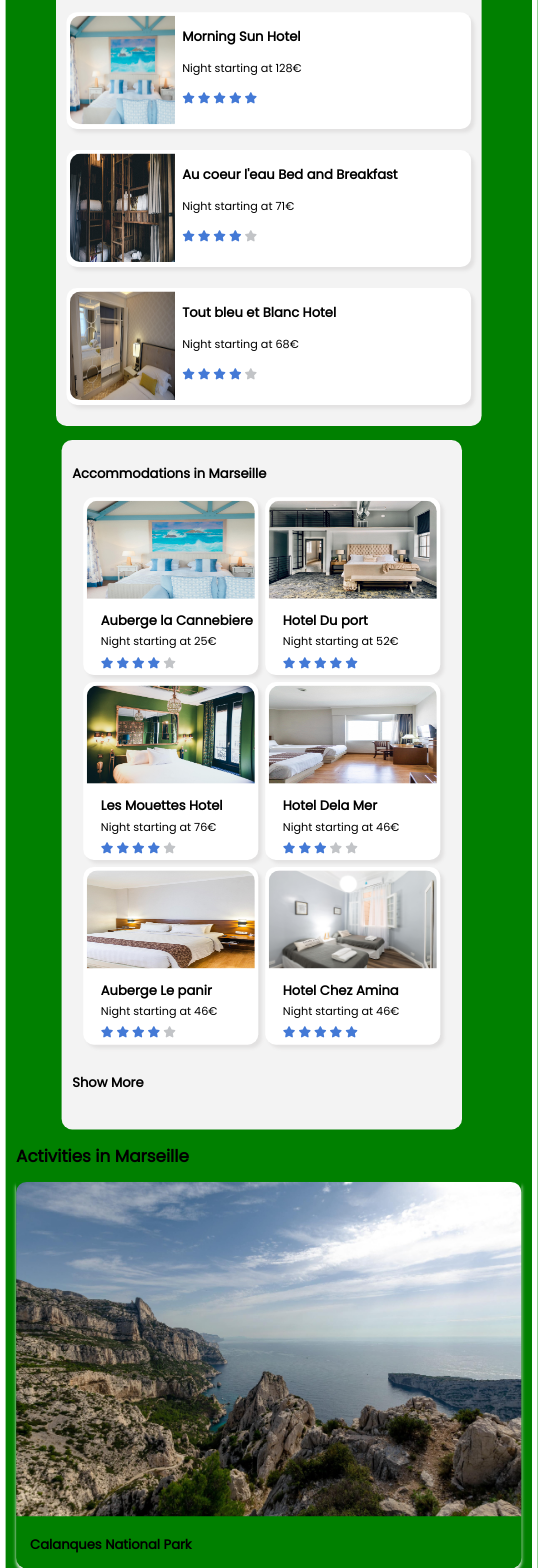
Repository: ailahin/booki
Page: index.html
An editor plug-in stored every save of this project. The page is shown before and after the next save, followed by the edit.
The browser window is 768 px wide. The pictures show the part of the page from y = 739 to 2979 px (the page is 6181 px tall), at 70% of full size.
Some web fonts or font styles are not loaded; a fallback is used. Some web libraries are served in a nearby version.

Above is the page before, as saved 2023-07-19 03:58:39.

### index.html
<!DOCTYPE html>
<html lang="en">
<head>
    <meta charset="UTF-8">
    <meta http-equiv="X-UA-Compatible" content="IE=edge">
    <meta name="viewport" content="width=device-width, initial-scale=1.0">
    <title>Booki</title>
    <link rel="stylesheet" href="css/index.css">
    <link rel="stylesheet" href="https://fonts.googleapis.com/css?family=Poppins|Sofia|Trirong">

    <!-- Google fronts -->
    <link rel="preconnect" href="https://fonts.googleapis.com">
    <link rel="preconnect" href="https://fonts.gstatic.com" crossorigin>
    <link href="https://fonts.googleapis.com/css2?family=Poppins&display=swap" rel="stylesheet">

    <script src="https://kit.fontawesome.com/a5dfdf2455.js" crossorigin="anonymous"></script>

</head>
<body>
    <header class="body">
        <nav>
            <div class="navbar">
                <div class="booki">
                    <img src="images/logo/Booki.png" alt="">
                </div>

                <div class="nav-flex">
                    <div id="nav-accommodation-text">
                        <a href="">Accommodations</a>
                     </div>
                     <div id="nav-activities-text" class="activities">
                         <a href=""> Activities</a>
                     </div>
               </div>
            </div>
        </nav>
    </header>

   <main class="body">
    <section>
        <div>
            <h3 class="dream-vacation">Find  a place for your dream vacation</h3>
        <p class="downtown"> Downtown or in nature</p>
        </div>

        <div class="search-bar">
            <div class="search-icon"> <i class="fa-solid fa-location-dot"></i> </div>
            <div class="search-place">
                <div class="placeholder">
                <input type="search" name="marseille, France" placeholder="Marseille, France" id="marseille">
            </div>
        </div>
            <div class="search-btn">Search</div>
        </div>

        <div>
            <div class="filters-bar">


                <div class="filters">
                    <div class="filters-text">
                        <H4>Filters</H4>
                    </div>
                    <div class="cost">
                        <div class="filters-icon"> <i class="fa-solid fa-money-bill-wave" style="color: #192fd7;"></i></div>
                        <div class="icon">Low cost</div>
                    </div>

                       <div class="cost">
                        <div class="filters-icon"> <i class="fa-solid fa-person" style="color: #192fd7;"></i></div>
                        <div class="icon">Family Friendly</div>
                       </div>

                       <div class="cost">
                        <div class="filters-icon"> <i class="fa-solid fa-heart" style="color: #192fd7;"></i></div>
                        <div class="icon">Romantic</div>
                       </div>

                       <div class="cost">
                        <div class="filters-icon"> <i class="fa-solid fa-dog" style="color: #192fd7;"></i></div>
                        <div class="icon">Pets Allowed</div>
                       </div>


                </div>
            </div>

           <div>
            <div class="info">
                <div >
                    <i class="fa-solid fa-info" style="color: #192fd7;"></i>
                </div>

                <div>
                    <p> More then 500 accommodations are available in this city</p>
                </div>
            </div>
           </div>
        </div>


    </section>
    <section class="accomodations-details">

        <section class="all-accomodations" >

            <div>
                <h3>Accommodations in Marseille</h3>
            </div>

            <div class="all-accomodations-details">

                <div class="details-container">
                    <div>
                        <img src="images/hebergements/2_large/annie-spratt-Eg1qcIitAuA-unsplash.jpg" alt="">

                    </div>
                    <div class="details-text">
                        <h3>
                            Auberge la Cannebiere
                        </h3>
                        <div>
                            <p>
                                Night starting at 25€
                            </p>
                        </div>
                        <div>
                            <i class="fa-solid fa-star" style="color: #4379d6;"></i>
                            <i class="fa-solid fa-star" style="color: #4379d6;"></i>
                            <i class="fa-solid fa-star" style="color: #4379d6;"></i>
                            <i class="fa-solid fa-star" style="color: #4379d6;"></i>
                            <i class="fa-solid fa-star" style="color: #c2c4c7;"></i>
                        </div>
                    </div>
                </div>

                <div class="details-container">
                    <div><img src="images/hebergements/2_large/aw-creative-VGs8z60yT2c-unsplash.jpg" alt=""></div>
                    <div class="details-text">
                        <h3>Hotel Du port </h3>

                        <div>
                            <p>   Night starting at 52€ </p>
                        </div>
                        <div>
                            <i class="fa-solid fa-star" style="color: #4379d6;"></i>
                            <i class="fa-solid fa-star" style="color: #4379d6;"></i>
                            <i class="fa-solid fa-star" style="color: #4379d6;"></i>
                            <i class="fa-solid fa-star" style="color: #4379d6;"></i>
                            <i class="fa-solid fa-star" style="color: #4379d6;"></i>

                        </div>
                    </div>
                </div>
                <div class="details-container">
                    <div><img src="images/hebergements/2_large/emile-guillemot-Bj_rcSC5XfE-unsplash.jpg" alt=""></div>
                    <div class="details-text">
                        <h3> Les Mouettes Hotel</h3>

                        <div>
                            <p>
                                Night starting at 76€
                            </p>
                            <div>
                                <i class="fa-solid fa-star" style="color: #4379d6;"></i>
                                <i class="fa-solid fa-star" style="color: #4379d6;"></i>
                                <i class="fa-solid fa-star" style="color: #4379d6;"></i>
                                <i class="fa-solid fa-star" style="color: #4379d6;"></i>
                                <i class="fa-solid fa-star" style="color: #c2c4c7;"></i>
                            </div>
                        </div>
                    </div>
                </div>
                <div class="details-container">
                    <div><img src="images/hebergements/2_large/febrian-zakaria-M6S1WvfW68A-unsplash.jpg" alt=""></div>

                    <div class="details-text">
                        <h3>
                                Hotel Dela Mer
                        </h3>
                        <div>
                            <p> Night starting at 46€</p>
                        </div>
                        <div>
                            <i class="fa-solid fa-star" style="color: #4379d6;"></i>
                            <i class="fa-solid fa-star" style="color: #4379d6;"></i>
                            <i class="fa-solid fa-star" style="color: #4379d6;"></i>

                            <i class="fa-solid fa-star" style="color: #c2c4c7;"></i>
                            <i class="fa-solid fa-star" style="color: #c2c4c7;"></i>
                        </div>
                    </div>
                </div>
                <div class="details-container">
                    <div><img src="images/hebergements/2_large/febrian-zakaria-sjvU0THccQA-unsplash.jpg" alt=""></div>

                    <div class="details-text">
                        <h3>Auberge Le panir</h3>
                    </div>
                    <div class="details-text">
                        <p > Night starting at 46€ </p>
                    </div>
                    <div class="details-text">
                        <i class="fa-solid fa-star" style="color: #4379d6;"></i>
                        <i class="fa-solid fa-star" style="color: #4379d6;"></i>
                        <i class="fa-solid fa-star" style="color: #4379d6;"></i>
                        <i class="fa-solid fa-star" style="color: #4379d6;"></i>

                        <i class="fa-solid fa-star" style="color: #c2c4c7;"></i>

                    </div>


                </div>
                <div class="details-container">
                    <div><img src="images/hebergements/2_large/fred-kleber-gTbaxaVLvsg-unsplash.jpg" alt=""></div>

                    <div class="details-text">
                        <h3>Hotel Chez Amina</h3>
                        <div>
                            <p>Night starting at 46€</p>
                        </div>
                        <div>
                            <i class="fa-solid fa-star" style="color: #4379d6;"></i>
                            <i class="fa-solid fa-star" style="color: #4379d6;"></i>
                            <i class="fa-solid fa-star" style="color: #4379d6;"></i>
                            <i class="fa-solid fa-star" style="color: #4379d6;"></i>
                            <i class="fa-solid fa-star" style="color: #4379d6;"></i>

                        </div>
                    </div>


                </div>


            </div>

            <div class="show-more">
                <h3>Show More</h3>
            </div>

        </section>

        <section class="most-popular">

            <div class="most-popular-icon">
                <h3>
                    Most Popular
                </h3>
                <p>
                    <i class="fa-solid fa-star" style="color: #5d5e60" > </i>
                </p>


            </div>

            <div class="most-popular-details">
                <div class="popular-details-container">
                    <div>
                        <img src="images/hebergements/2_large/annie-spratt-Eg1qcIitAuA-unsplash.jpg" alt="">
                    </div>
                    <div class="popular-details-text">
                        <h3>Morning Sun Hotel</h3>
                        <p>Night starting at 128€</p>
                        <div>
                            <div>
                                <i class="fa-solid fa-star" style="color: #4379d6;"></i>
                                <i class="fa-solid fa-star" style="color: #4379d6;"></i>
                                <i class="fa-solid fa-star" style="color: #4379d6;"></i>
                                <i class="fa-solid fa-star" style="color: #4379d6;"></i>
                                <i class="fa-solid fa-star" style="color: #4379d6;"></i>

                            </div>
                        </div>
                    </div>
                </div>
                <div class="popular-details-container" >
                    <div>
                        <img src="images/hebergements/2_large/nicate-lee-kT-ZyaiwBe0-unsplash.jpg" alt="">
                    </div>
                    <div class="popular-details-text">
                        <h3>Au coeur l'eau Bed and Breakfast</h3>
                        <p>Night starting at 71€</p>
                        <div>
                            <i class="fa-solid fa-star" style="color: #4379d6;"></i>
                            <i class="fa-solid fa-star" style="color: #4379d6;"></i>
                            <i class="fa-solid fa-star" style="color: #4379d6;"></i>
                            <i class="fa-solid fa-star" style="color: #4379d6;"></i>
                            <i class="fa-solid fa-star" style="color: #c2c4c7;"></i>

                        </div>
                    </div>
                </div>
                <div class="popular-details-container">
                    <div>
                        <img src="images/hebergements/2_large/reisetopia-B8WIgxA_PFU-unsplash.jpg" alt="">
                    </div>
                    <div class="popular-details-text">
                        <h3>Tout bleu et Blanc Hotel</h3>
                        <p>Night starting at 68€</p>
                        <div>
                            <i class="fa-solid fa-star" style="color: #4379d6;"></i>
                            <i class="fa-solid fa-star" style="color: #4379d6;"></i>
                            <i class="fa-solid fa-star" style="color: #4379d6;"></i>
                            <i class="fa-solid fa-star" style="color: #4379d6;"></i>
                            <i class="fa-solid fa-star" style="color: #c2c4c7;"></i>

                        </div>
                    </div>
                </div>

            </div>



        </section>

    </section>

    <section>
        <div>
            <h1> Activities in Marseille</h1>
        </div>
        <div>
            <div class="activites-images">
                <div class="activites-container" id="one">
                  <div>
                    <img src="images/activites/2_large/reno-laithienne-QUgJhdY5Fyk-unsplash.jpg " alt="">
                  </div>

                  <div class="text-container">
                    <h3>Old Port</h3>
                </div>
                </div>
                <div class="activites-container" id="two">
                    <div>
                        <img src="images/activites/2_large/florian-wehde-xW9e8gdotxI-unsplash.jpg" alt="">
                    </div>
                    <div class="text-container">
                        <h3>Notre-Dame-de-la-Grade</h3>
                    </div>
                </div>
                <div  class="activites-container" id="three">
                    <div>
                        <img src="images/activites/2_large/lena-paulin-wH2-EJoDcV0-unsplash.jpg" alt="">
                    </div>
                    <div class="text-container">
                        <h3>Longchamp Park </h3>
                    </div>
                 </div>
                <div class="activites-container" id="four">
                    <div>
                        <img src="images/activites/2_large/paul-hermann-QFTrLdQIRhI-unsplash.jpg" alt="">
                    </div>

                    <div class="text-container">
                        <h3>Pomegués Fort</h3>
                    </div>
                </div>
                <div class="activites-container" id="five">
                   <div>
                    <img src="images/activites/2_large/kevin-hikari-rV_Qd1l-VXg-unsplash.jpg " alt="">
                   </div>
                   <div class="text-container">
                    <h3> Frioul Island </h3>
                   </div>
                </div>
                <div class="activites-container" id="six">
                    <div>
                        <img src="images/activites/2_large/kilyan-sockalingum-NR8-cBCN3aI-unsplash.jpg" alt="">
                    </div>

                    <div class="text-container">
                        <h3>Calanques National Park</h3>
                    </div>
                </div>
            </div>
        </div>
    </section>
   </main>

    <footer class="footer-main">
        <section>
            <div class="footer">
                <div class="about">
                    <h3> About</h3>
                    <p> Site Map</p>
                    <p>General Terms and Conditions  </p>
                    <p>Data and Privacy </p>


                </div>
                <div class="accommodations">
                    <h3> Our Accommodations</h3>
                    <p>Quality Assistant</p>
                    <p>You have a hotel ?</p>

                </div>

                <div class="assistance">
                        <h3>
                            Assistance
                        </h3>

                        <p>Help Desk</p>
                        <p>Contact Us</p>
                </div>
            </div>
        </section>

    </footer>

</body>
</html>

### css/index.css
.body{
    font-family: "poppins", sans-serif;
    padding-left: 15px;
    padding-right: 15px;
}
.navbar{
    display: flex;
    flex-direction: row;
    justify-content:space-between;
    align-items: center;
}

.nav-flex{
    display:flex;
    padding-left: 20px;
    padding-right: 20px;
    justify-content:space-around;
}
.nav-flex a{
    text-decoration: none;
}
.nav-flex a:hover{
    border-top: 2px solid blue;
    color: blue;
    padding-top: 30px;


}
.dream-vacation{

}
.downtown{
    color: rgb(80, 79, 79);

}
.activities{
    margin-left: 100px;
}

.search-bar{
    display:flex;
    align-items: center;


}
.search-icon{
    display: flex;
    background-color: rgb(232, 233, 234);
    height:38px;
    width: 38px;
    align-items: center;
    justify-content: center;
    border-radius: 10px 0 0 10px;

}
.placeholder input{
   height: 38px;
   border-left: 0px;
   border-right: 0px;
   border: 1px solid rgb(220, 218, 218);
   padding: 10px;
}
.placeholder{


}

 .search-place{


 }



.search-btn{
    background-color: rgb(58, 92, 227);
    color:white;
    height: 22px;
    padding:8px;
    border-radius: 0  10px 10px 0;
}
.filters-bar{
    margin-top: 20px;

}

.cost{
    display: flex;
    border: 1px solid;
    border-left: 0px;
   border-color: rgb(220, 215, 215);
   height: 40px;
   width: 190px;
   align-items: center;
   gap: 20px;
   border-radius: 20px;
}
.filters-icon{
    display: flex;
    background-color: rgb(171, 217, 233);
    height:42px ;
    width: 42px;
    align-items: center;
    border-radius: 100%;
    justify-content: center;
}
.filters{
    display: flex;
    gap: 20px;
}
.filters-text{
   display: flex;
   height: 38px;
   align-items: center;
}

.fa-info{
    display: flex;
    border: 1px rgb(193, 200, 207) solid;
    border-radius: 100%;
    width: 20px;
    height: 20px;
    align-items: center;
    justify-content: center;
}
.info{
    display: flex;
    align-items: center;
    text-align: center;
    gap:5px;
    margin-top: 30px;
}
.info p{
    color: rgb(133, 135, 137);
}

.accomodations-details{
    display: flex;

}
.all-accomodations{
    width: 66%;
    background-color:rgb(243, 243, 243);
    padding: 15px;
    margin-top: 20px;
    margin-right: 20px;
    border-radius: 15px;
}

.show-more{
    padding-top: 20px;
    padding-bottom: 20px;
}
.most-popular{
    width: 34%;
    background-color:rgb(243, 243, 243);
    padding:15px;
    margin-top: 20px;
    border-radius: 15px;
    padding-bottom: 30px;

}
.most-popular-icon{
    display: flex;
    justify-content: space-between;

}
.all-accomodations-details img{
    width: 240px;
    height: 140px;
    border-top-left-radius: 15px;
    border-top-right-radius: 15px;

}
.all-accomodations-details{
   display: grid;
   grid-template-columns: repeat(3, 1fr);
   gap: 10px;

}

.details-container{
    background-color:white;
    padding: 5px;
    border-radius: 15px;
    box-shadow: 5px 5px 5px 0px rgb(226, 225, 225);


}

.details-text {
margin-left: 20px;
line-height: .3cm;
margin-bottom: 5px;


}
.most-popular-details{
    display: grid;
    grid-template-rows: repeat(3, 1fr);
    gap:30px;


}
.popular-details-container img{
    width:150px;
    height: 155px;
    border-top-left-radius: 15px;
    border-bottom-left-radius: 15px;
    margin-top: 2px;
    margin-left: 2px;

}
.popular-details-container{
    display: flex;
    background-color:white;
    padding-top: 3px;
    padding-left: 3px;
    border-radius: 15px;
    box-shadow: 5px 5px 5px 0px rgb(226, 225, 225);
}
.popular-details-text{
    margin-left: 10px;
    line-height: .7cm;

}

.activites-images img{
    width: 100%;
    border-top-left-radius: 15px;
    border-top-right-radius: 15px;



  }

  .activites-images {
    display: grid;
    grid-template-columns: repeat(4, 1fr);
    gap: 30px;
    margin-bottom: 80px;

  }

  .activites-container{
    box-shadow: 0px 5px 5px 0px rgb(239, 238, 238);
    border-bottom-left-radius: 15px;
    border-bottom-right-radius: 15px;
  }


#one{
    grid-row: 1/3;
    grid-row: 1 / 3;

}

#one img{

    height: 472px;

}

.text-container{

    margin-left: 20px;

}

#two{

}
#three{
    grid-column: 2/3;
    grid-row:2/3 ;
}
#three img{
   height: 183px;

}
#four {
    grid-row: 1/3;
    border-top-right-radius: 15px;
}

#four img {

    height: 475px;
}

#five{
    grid-column: 4/5;
    grid-row:1/2 ;
}
#six{
    grid-column: 4/5;
    grid-row:2/3 ;
}

.footer{
    display: flex;
    justify-content: space-between;
    background-color:rgb(243, 243, 243);
    font-family: "poppins", sans-serif;
    margin-right: 200px;
}
.footer p{
    color: rgb(146, 145, 145);
}
.footer-main{
    background-color:rgb(243, 243, 243);
    padding: 15px;

}



 @media only screen and (max-width: 400px){
    .nav-flex{

    }
    .nav-flex a:hover{
        border-bottom: 2px solid blue;
        color: blue;
        padding-top: 1px;
        border-top: 2px white solid;
    }


    }








/* Extra small devices (phones, 600px and down) */
@media only screen and (max-width: 768px) {
    .navbar{
       display: flex;
       flex-wrap: wrap;
       justify-content: center;
       align-items: center;
       margin-bottom: 30px;


    };

    .nav-flex{

    }

    .filters {
        width: 100%;
        display:flex;
        flex-direction: column;
        flex-wrap:wrap;

    }
    .accomodations-details{
        display: flex;
        flex-direction:column-reverse;
        flex-wrap: wrap;
    }
    .all-accomodations{
        width: 100%;
        align-items: center;
        justify-content: center;

    }
    .all-accomodations-details{
        display: flex;
        flex-direction: row;
        flex-wrap: wrap;
        align-items: center;
        justify-content: center;

    }

    .most-popular{
        width: 100%;

    }


    .most-popular-details img{
        width:150px;
        height: 155px;
        border-top-left-radius: 15px;
        border-bottom-left-radius: 15px;
        margin-top: 2px;
        margin-left: 2px;

    }


.footer{
    display: flex;
    flex-direction: column;
}

.activites-images {
   display: flex;
   flex-direction: column-reverse;


}

  }



  /* Small devices (portrait tablets and large phones, 600px and up) */
  @media only screen and (min-width: 768px) and ( max-width: 992px) {
    .body {background: green;}

    .accomodations-details{
        display: flex;
        flex-direction:column-reverse;
        flex-wrap: wrap;
        align-items: center;
        justify-content: center;
    }
    .all-accomodations{
        width: 75%;
        align-items: center;
        justify-content: center;

    }

    .most-popular{
        width: 80%;

    }


    .most-popular-details img{
        width:150px;
        height: 155px;
        border-top-left-radius: 15px;
        border-bottom-left-radius: 15px;
        margin-top: 2px;
        margin-left: 2px;

    }





  }

  /* Medium devices (landscape tablets, 768px and up) */
  @media only screen and (max-width: 1000px) and ( min-width: 600px) {



}

  /* Large devices (laptops/desktops, 992px and up) */
  @media only screen and (min-width: 992px) {


  }

  /* Extra large devices (large laptops and desktops, 1200px and up) */
  @media only screen and (min-width: 1200px) {


  }

After the next save:
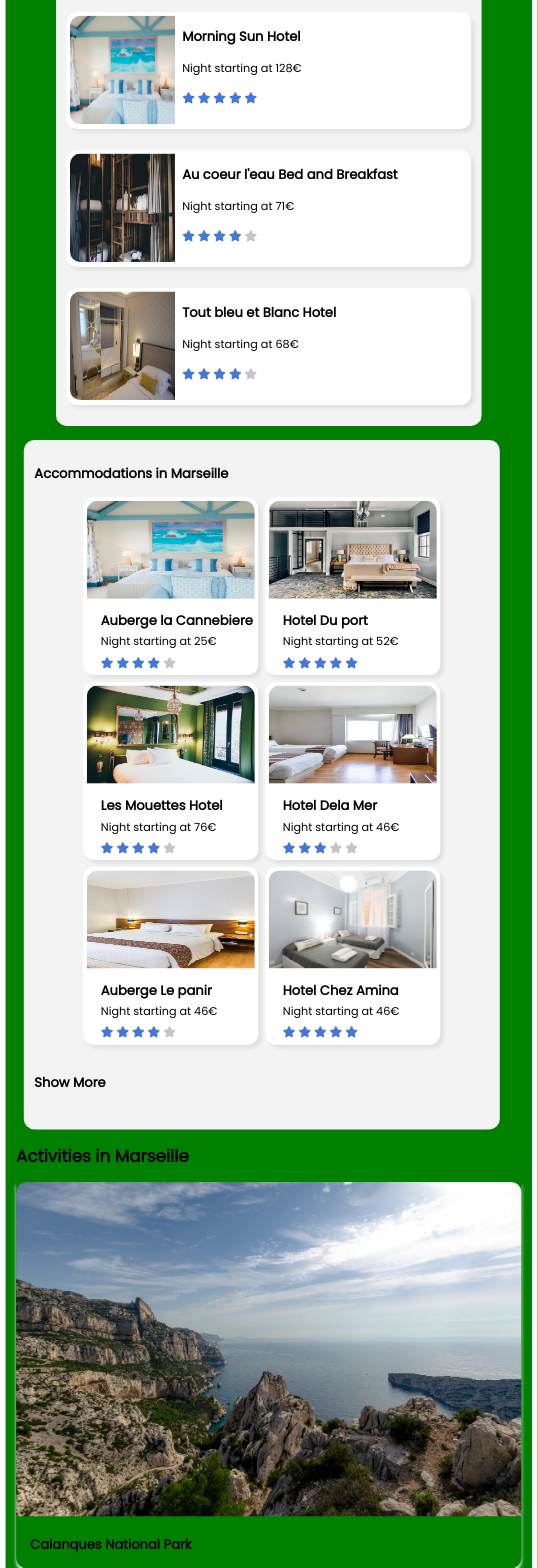
Saved 6 s later.
--- a/css/index.css
+++ b/css/index.css
@@ -424,7 +424,7 @@ margin-bottom: 5px;
         justify-content: center;
     }
     .all-accomodations{
-        width: 75%;
+        width: 90%;
         align-items: center;
         justify-content: center;
 
